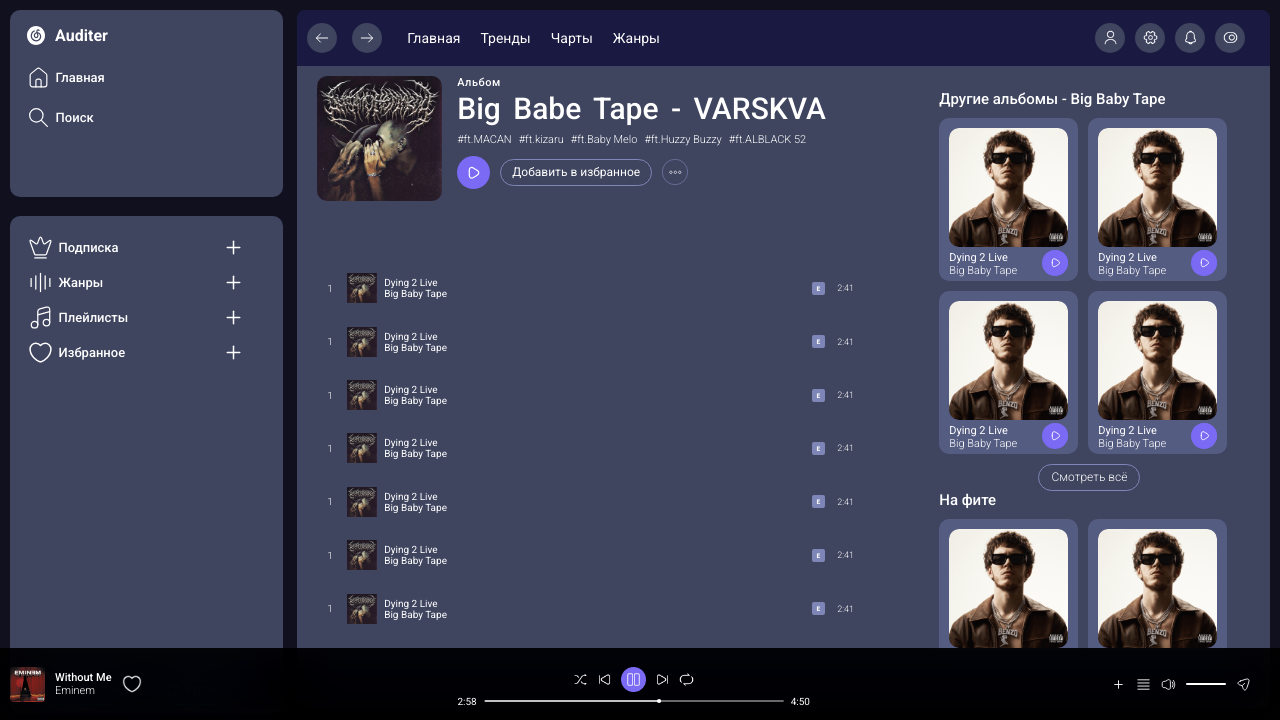
Repository: MaksimKrupkin/music_app
Page: /tracklist
These files come from the project's save history. The page is drawn as it stood at one moment and after a run of saves; the edit follows.
The browser window is 1280 px wide. The pictures show the whole page.
An inner scrolling area shows only its first screen. The project was rebuilt for these pictures with package versions that can differ from the ones it lists, and the page was loaded fresh each time. Also part of the build but not shown: vite.config.ts, src/Pages/MainPage_demo/MainPage_demo.module.scss, src/Components/MainScreenDemo/MainScreenDemo.module.scss, src/Components/MainScreenHeaderDemo/MainScreenHeaderDemo.module.scss, src/Components/MainScreenHeaderDemo/MainScreenHeaderDemo.tsx, src/Components/MainScreenDemo/Charts/Charts.module.scss, src/Components/MainScreenDemo/Charts/Charts.tsx, src/Components/Card/Card.module.scss and 11 more.

Above is the page before, as saved 2024-02-26 12:37:13.

### index.html
<!DOCTYPE html>
<html lang="en">
  <head>
    <link rel="preconnect" href="https://fonts.googleapis.com" />
    <link rel="preconnect" href="https://fonts.gstatic.com" crossorigin />
    <link
      href="https://fonts.googleapis.com/css2?family=Roboto:ital,wght@0,100;0,300;0,400;0,500;0,700;0,900;1,100;1,300;1,400;1,500;1,700;1,900&display=swap"
      rel="stylesheet" />

    <meta charset="UTF-8" />
    <link rel="icon" type="image/svg+xml" href="/vite.svg" />
    <meta name="viewport" content="width=device-width, initial-scale=1.0" />
    <title>Auditer</title>
  </head>
  <body>
    <div id="root"></div>
    <script type="module" src="/src/main.tsx"></script>
  </body>
</html>

### src/App.tsx
import React from 'react';
import './App.scss';
import MainPage_demo from './Pages/MainPage_demo/MainPage_demo';
import Login from './Pages/Login/Login';
import { BrowserRouter, Routes, Route } from 'react-router-dom';
import Registration from './Pages/Registration/Registration';
import MainPage from './Pages/MainPage/MainPage';
import TrackList from './Pages/TrackList/TrackList';

function App() {
  return (
    <BrowserRouter>
      <Routes>
        <Route path="/user" element={<MainPage_demo />} />
        <Route path="/" element={<MainPage />} />
        <Route path="/tracklist" element={<TrackList />} />
        <Route path="/login" element={<Login />} />
        <Route path="/registration" element={<Registration />} />
      </Routes>
    </BrowserRouter>
  );
}

export default App;

### src/App.scss
* {
  margin: 0;
  padding: 0;
  border: 0;
  vertical-align: baseline;
  font-family: 'Roboto', sans-serif;
}
a,
a:link,
a:visited {
  text-decoration: none;
}
input:focus,
input:active,
button:focus,
button:active {
  outline: none;
}
#root {
  overflow-y: auto;
}

### src/Pages/TrackList/TrackList.tsx
import React from 'react';
import styles from './TrackList.module.scss';
import HigherSidebar from '../../Components/HigherSidebar/HigherSidebar';
import LowerSidebar from '../../Components/LowerSidebar/LowerSidebar';
import MainScreen from '../../Components/MainScreen/MainScreen';
import Playbar from '../../Components/Playbar/Playbar';
import TrackListScreen from '../../Components/TrackListScreen/TrackListScreen';

export default function TrackList() {
  return (
    <div className={styles.app_wrapper}>
      <div className={styles.wrapper}>
        <HigherSidebar />
        <LowerSidebar />
        <TrackListScreen />
        <Playbar />
      </div>
    </div>
  );
}

### src/Components/HigherSidebar/HigherSidebar.tsx
import React from 'react';
import styles from './HigherSidebar.module.scss';
import logo from '../../assets/img/logo.svg';
import home from '../../assets/img/home.svg';
import search from '../../assets/img/Search.svg';

export default function HigherSidebar() {
  return (
    <aside className={styles.higherSidebar}>
      <div className={styles.logo_wrapper}>
        <img className={styles.logo} src={logo} alt="Лого" />
        <strong className={styles.logo_text}>Auditer</strong>
      </div>
      <a className={styles.link_wrapper}>
        <img className={styles.img} src={home} alt="" />
        <span className={styles.text}>Главная</span>
      </a>
      <a className={styles.link_wrapper}>
        <img className={styles.img} src={search} alt="" />
        <span className={styles.text}>Поиск</span>
      </a>
    </aside>
  );
}

### src/Components/LowerSidebar/LowerSidebar.tsx
import React from 'react';
import styles from './LowerSidebar.module.scss';
import subscribe from '../../assets/img/subscribe.svg';
import plus from '../../assets/img/add.svg';
import genres from '../../assets/img/genres.svg';
import cookie from '../../assets/img/cookie.svg';
import language from '../../assets/img/language.svg';
import playlists from '../../assets/img/playlists.svg';
import favorites from '../../assets/img/favorite.svg';

export default function LowerSidebar() {
  return (
    <aside className={styles.lowerSidebar}>
      <div className={styles.link_wrapper}>
        <img className={styles.img} src={subscribe} alt="" />
        <span className={styles.text}>Подписка</span>
        <div className={styles.plus_wrapper}>
          <img className={styles.plus} src={plus} alt="" />
        </div>
      </div>
      <div className={styles.link_wrapper}>
        <img className={styles.img} src={genres} alt="" />
        <span className={styles.text}>Жанры</span>
        <div className={styles.plus_wrapper}>
          <img className={styles.plus} src={plus} alt="" />
        </div>
      </div>
      <div className={styles.link_wrapper}>
        <img className={styles.img} src={playlists} alt="" />
        <span className={styles.text}>Плейлисты</span>
        <div className={styles.plus_wrapper}>
          <img className={styles.plus} src={plus} alt="" />
        </div>
      </div>
      <div className={styles.link_wrapper}>
        <img className={styles.img} src={favorites} alt="" />
        <span className={styles.text}>Избранное</span>
        <div className={styles.plus_wrapper}>
          <img className={styles.plus} src={plus} alt="" />
        </div>
      </div>
      <div className={styles.bottom_elements}>
        <div className={styles.cookies_wrapper}>
          <img className={styles.img} src={cookie} alt="" />
          <span className={styles.text}>Файлы cookie</span>
        </div>
        <div className={styles.language_wrapper}>
          <img className={styles.img} src={language} alt="" />
          <span className={styles.text}>Русский</span>
        </div>
      </div>
    </aside>
  );
}

### src/Components/Playbar/Playbar.tsx
import React from 'react';
import styles from './Playbar.module.scss';
import cover from '../../assets/img/cover.png';
import like from '../../assets/img/like.png';
import mix from '../../assets/img/mix.png';
import prev from '../../assets/img/prev.png';
import pause from '../../assets/img/pause.png';
import next from '../../assets/img/next.png';
import repeat from '../../assets/img/repeat.png';
import trackLine from '../../assets/img/trackLine.svg';
import add from '../../assets/img/add.svg';
import text from '../../assets/img/text.svg';
import volume from '../../assets/img/volume.svg';
import volumeBar from '../../assets/img/volumeBar.svg';
import send from '../../assets/img/send.svg';

export default function Playbar() {
  return (
    <div className={styles.wrapper}>
      <div className={styles.left_wrapper}>
        <img className={styles.image} src={cover} alt="" />
        <div className={styles.info}>
          <div className={styles.title}>Without Me</div>
          <div className={styles.author}>Eminem</div>
        </div>
        <img className={styles.like} src={like} alt="" />
      </div>
      <div className={styles.center_wrapper}>
        <div className={styles.top}>
          <img className={styles.image} src={mix} alt="" />
          <img className={styles.image} src={prev} alt="" />
          <img className={styles.image} src={pause} alt="" />
          <img className={styles.image} src={next} alt="" />
          <img className={styles.image} src={repeat} alt="" />
        </div>
        <div className={styles.bottom}>
          <span className={styles.time}>2:58</span>
          <img className={styles.trackLine} src={trackLine} alt="" />
          <span className={styles.time}>4:50</span>
        </div>
      </div>
      <div className={styles.right_wrapper}>
        <img className={styles.image} src={add} alt="" />
        <img className={styles.image} src={text} alt="" />
        <img className={styles.image} src={volume} alt="" />
        <img className={styles.volumeBar} src={volumeBar} alt="" />
        <img className={styles.image} src={send} alt="" />
      </div>
    </div>
  );
}

### src/Pages/TrackList/TrackList.module.scss
.app_wrapper {
  background-color: #10101e;
  height: 100vh; /* Растягиваем контейнер на всю высоту окна */
  overflow-y: auto;
}

.wrapper {
  box-sizing: border-box;
  width: 100vw;
  min-height: 100vh; /* Минимальная высота равна высоте видимой области окна браузера */
  background-color: #10101e;
  color: white;
  overflow-y: auto;
  overflow-y: auto;
}

### src/Components/HigherSidebar/HigherSidebar.module.scss
.higherSidebar {
  position: fixed;
  top: 0;
  box-sizing: border-box;
  display: flex;
  flex-direction: column;
  align-items: start;
  gap: 15px;
  width: 21.3%;
  height: 26%;
  margin: 10px;
  border-radius: 10px;
  background-color: #3f445f;
  padding-top: 16px;
  padding-left: 18.6px;
}

.logo_wrapper {
  box-sizing: border-box;
  margin-left: -2px;
  display: flex;
  flex-direction: row;
  justify-content: space-between;
  gap: 5px;
  align-items: center;
  width: 32%;
  margin-bottom: 5px;
}
.logo {
  width: 18.63px;
  height: 18.63px;
}
.logo_text {
  color: #fff;
  font-size: 16px;
  font-style: normal;
  font-weight: 600;
  line-height: normal;
}
.link_wrapper {
  margin-left: -3px;
  display: flex;
  align-items: center;
  gap: 5px;
  cursor: pointer;
  .img {
    width: 25px;
    height: 25px;
  }
  .text {
    font-size: 13px;
    font-weight: 500;
    transition: all 0.2s ease-in;
  }
  .text:hover {
    color: rgb(205, 205, 226);
  }
}

### src/Components/LowerSidebar/LowerSidebar.module.scss
.lowerSidebar {
  position: fixed;
  top: 30%;
  box-sizing: border-box;
  display: flex;
  flex-direction: column;
  align-items: space-between;
  gap: 5px;
  width: 21.3%;
  height: 69%;
  margin: 10px;
  margin-top: 0;
  border-radius: 10px;
  background-color: #3f445f;
  padding-top: 16px;
  padding-left: 20.6px;
  padding-right: 18.6px;
}
.link_wrapper {
  margin-left: -3px;
  display: flex;
  align-items: center;
  gap: 5px;
  cursor: pointer;
  .img {
    width: 25px;
    height: 25px;
  }
  .text {
    font-size: 13px;
    font-weight: 500;
    transition: all 0.2s ease-in;
    width: 155px;
    margin-left: 1px;
  }
  .text:hover {
    color: rgb(205, 205, 226);
  }
  .plus_wrapper {
    display: flex;
    align-items: center;
    justify-content: center;
    width: 30px;
    height: 30px;
    border-radius: 50%;
    transition: all 0.2s ease-in-out;
    .plus {
      margin: 0;
      padding: 0;
      width: 25px;
      height: 25px;
      border-radius: 50%;
    }
  }
  .plus_wrapper:hover {
    background-color: #484d69;
  }
}

.bottom_elements {
  position: inherit;
  bottom: 15px;
  left: 25px;
  display: flex;
  align-items: center;
  gap: 20px;
  .cookies_wrapper {
    border: 1.5px solid #7d86b6;
    border-radius: 25px;
    padding: 5px;
    width: 100px;
    height: 20px;
    display: flex;
    justify-content: center;
    gap: 5px;
    align-items: center;
    transition: all 0.2s ease-out;
    cursor: pointer;
  }
  .cookies_wrapper:hover {
    border: 1.5px solid white;
  }
  .language_wrapper {
    border: 1.5px solid #7d86b6;
    border-radius: 25px;
    padding: 5px;
    width: 70px;
    height: 20px;
    display: flex;
    gap: 5px;
    align-items: center;
    justify-content: center;
    transition: all 0.2s ease-out;
    cursor: pointer;
  }
  .language_wrapper:hover {
    border: 1.5px solid white;
  }
  .img {
    width: 15px;
  }
  .text {
    font-size: 12px;
  }
}

### src/Components/MainScreenHeader/MainScreenHeader.tsx
import React from 'react';
import styles from './MainScreenHeader.module.scss';
import leftArrow from '../../assets/img/leftArrow.svg';
import rightArrow from '../../assets/img/rightArrow.svg';
import { Link } from 'react-router-dom';
import user from '../../assets/img/user.png';
import setting from '../../assets/img/setting.png';
import notification from '../../assets/img/notification.png';
import eye from '../../assets/img/eye.png';

export default function MainScreenHeader() {
  return (
    <header className={styles.header}>
      <div className={styles.arrows}>
        <div className={styles.wrapper}>
          <img src={leftArrow} className={styles.arrow} alt="" />
        </div>
        <div className={styles.wrapper}>
          <img className={styles.arrow} src={rightArrow} alt="" />
        </div>
      </div>
      <nav className={styles.navigation}>
        <ul>
          <li>
            <a className={styles.link}>Главная</a>
          </li>
          <li>
            <a className={styles.link}>Тренды</a>
          </li>
          <li>
            <a className={styles.link}>Чарты</a>
          </li>
          <li>
            <a className={styles.link}>Жанры</a>
          </li>
        </ul>
      </nav>
      <div className={styles.buttons}>
        <Link to="" className={styles.link_wrapper}>
          <img className={styles.image} src={user} alt="" />
        </Link>
        <Link to="" className={styles.link_wrapper}>
          <img className={styles.image} src={setting} alt="" />
        </Link>
        <Link to="" className={styles.link_wrapper}>
          <img className={styles.image} src={notification} alt="" />
        </Link>
        <Link to="" className={styles.link_wrapper}>
          <img className={styles.image} src={eye} alt="" />
        </Link>
      </div>
    </header>
  );
}

### src/Components/Playbar/Playbar.module.scss
.wrapper {
  box-sizing: border-box;
  position: fixed;
  bottom: 0;
  width: 100%;
  padding-left: 10px;
  padding-right: 10px;
  height: 10%;
  background: rgba(0, 0, 0, 0.9);
  backdrop-filter: blur(20px) contrast(200%);

  display: flex;
  align-items: center;
  .left_wrapper {
    display: flex;
    align-items: center;
    width: 33%;
    gap: 10px;
    .image {
      width: 35px;
      height: 35px;

      border-radius: 1px;
    }
    .info {
      font-size: 11px;
      .title {
        font-weight: 500;
      }
      .author {
        font-weight: 300;
      }
    }
    .like {
      width: 20px;
      cursor: pointer;
    }
  }
  .center_wrapper {
    width: 33%;
    display: flex;
    flex-direction: column;
    align-items: center;
    .top {
      margin-top: 5px;
      display: flex;
      align-items: center;
      gap: 9px;
      .image {
        width: 15px;
        cursor: pointer;
      }
      .image:nth-child(3) {
        width: 25px;
      }
    }
    .bottom {
      margin-top: 4px;
      display: flex;
      align-items: center;
      gap: 7px;
      .trackLine {
        width: 300px;
        cursor: pointer;
      }
      .time {
        font-size: 10px;
      }
    }
  }
  .right_wrapper {
    box-sizing: border-box;
    width: 32.5%;
    display: flex;

    align-items: center;
    justify-content: flex-end;
    gap: 10px;
    .image {
      width: 15px;
      cursor: pointer;
    }
    .volumeBar {
      width: 40px;
      cursor: pointer;
    }
  }
}

### src/Components/TrackListScreen/TrackListScreen.module.scss
.main {
  position: relative;
  box-sizing: border-box;
  position: fixed;
  top: 0;
  right: 0;
  margin: 10px;
  background-color: #3f445f;
  width: 76%;
  height: 97%;
  border-radius: 10px;
}
.left_wrapper::-webkit-scrollbar {
  width: 0;
}
.left_wrapper {
  position: absolute;
  top: 8%;
  padding-top: 20px;
  left: 0;
  box-sizing: border-box;
  width: 65%;
  padding-left: 20px;
  padding-top: 10px;
  height: 80%; /* Назначаем фиксированную высоту */
  overflow-y: auto;
}
.top {
  position: relative;
  height: 26vh;
  .cover {
    width: 125px;
    border-radius: 10px;
    position: absolute;
    left: 0;
    top: 0;
  }
  .type {
    position: absolute;
    left: 140px;
    top: 0;
    font-size: 11px;
    font-weight: 500;
    letter-spacing: 0.5px;
  }
  .info {
    position: absolute;
    left: 140px;
    top: 15px;
    font-size: 30px;
    font-weight: 500;
    word-spacing: 5px;
  }
  .fits {
    position: absolute;
    left: 140px;
    top: 57px;
    display: flex;
    align-items: center;
    gap: 7px;
    .fit_author {
      font-size: 11px;
      font-weight: 300;
    }
  }
  .buttons {
    position: absolute;
    left: 140px;
    top: 80px;
    display: flex;
    align-items: center;
    gap: 10px;
    .play_image {
      width: 33px;
      cursor: pointer;
    }
    .toFavorite_wrapper {
      display: flex;
      align-items: center;
      justify-content: center;
      width: 150px;
      height: 25px;
      border: 1px solid #7d86b6;
      border-radius: 15px;
      cursor: pointer;
      .toFavorite {
        font-size: 12px;
        font-weight: 400;
      }
    }
    .elseImg {
      width: 26px;
      cursor: pointer;
    }
  }
}
.trackList_wrapper {
  width: 100%;
  display: flex;
  flex-direction: column;
  align-items: center;
  gap: 3px;
}
.right_wrapper::-webkit-scrollbar {
  width: 0;
}
.right_wrapper {
  height: 80%; /* Назначаем фиксированную высоту */
  overflow-y: auto;
  position: absolute;
  top: 10%;
  left: 66%;
  width: 34%;
  padding-top: 10px;

  .title {
    font-size: 15px;
    font-weight: 500;
  }
  .cards_wrapper {
    display: flex;
    flex-wrap: wrap;
    gap: 10px;
    margin-top: 10px;
  }
  .button_wrapper {
    margin-top: 10px;
    margin-left: 30%;
    width: 100px;
    height: 25px;
    border-radius: 20px;
    border: 1px solid #7d86b6;
    display: flex;
    align-items: center;
    justify-content: center;
    .button {
      font-size: 12px;
      font-weight: 300;
    }
  }
}

### src/Components/TrackListScreen/Track/Track.tsx
import React from 'react';
import styles from './Track.module.scss';
import adults from '../../../assets/img/18+.svg';
import albom from '../../../assets/img/albom4.jpg';
import play from '../../../assets/img/play2.svg';
import like from '../../../assets/img/like.svg';
import more from '../../../assets/img/more.svg';

export default function Track() {
  return (
    <div className={styles.track_wrapper}>
      <div className={styles.number}>1</div>
      <img className={styles.play} src={play} alt="" />
      <img className={styles.cover} src={albom} alt="" />
      <div className={styles.info}>
        <span className={styles.title}>Dying 2 Live</span>
        <span className={styles.author}>Big Baby Tape</span>
      </div>
      <img className={styles.like} src={like} alt="" />
      <img className={styles.forAdults_image} src={adults} alt="" />
      <span className={styles.duration}>2:41</span>
      <img src={more} className={styles.more} alt="" />
    </div>
  );
}

### src/Components/Cards/Cards.tsx
import React from 'react';
import styles from './Cards.module.scss';
import image1 from '../../assets/img/albomImage.png';
import play from '../../assets/img/play.svg';
import { Link } from 'react-router-dom';

export default function Cards() {
  return (
    <>
      <Link to="/tracklist" className={styles.card}>
        <img className={styles.image} src={image1} alt="" />
        <div className={styles.info}>
          <span className={styles.title}>Dying 2 Live</span>
          <span className={styles.author}>Big Baby Tape</span>
        </div>
        <div className={styles.play_wrapper}>
          <img src={play} className={styles.play} alt="" />
        </div>
      </Link>
    </>
  );
}

### src/Components/MainScreenHeader/MainScreenHeader.module.scss
.header {
  position: sticky;
  top: 0;
  z-index: 1000;
  box-sizing: border-box;
  width: 100%;
  height: 8%;
  border-top-right-radius: 8px;
  border-top-left-radius: 8px;
  background-color: #191941;
  display: flex;
  align-items: center;
  padding: 5px;
  padding-left: 10px;
  margin-bottom: 5px;
}
.arrows {
  width: 75px;
  display: flex;
  align-items: center;
  justify-content: space-between;
  .wrapper {
    width: 30px;
    height: 30px;
    border-radius: 50%;
    background-color: #3f445f;
    display: flex;
    justify-content: center;
    align-items: center;
    transition: all 0.2s ease-in;
  }
  .wrapper:hover {
    background-color: #4a4f6c;
  }
  .arrow {
    width: 16px;
  }
}

.navigation {
  width: 500px;
  display: flex;
  align-items: center;
  margin-left: 25px;
  ul {
    list-style-type: none;
    display: flex;
    align-items: center;
    gap: 20px;
  }
  .link {
    font-size: 14px;
    cursor: pointer;
    transition: all 0.2s ease-in;
  }
  .link:hover {
    color: rgb(224, 217, 217);
  }
}

.buttons {
  display: flex;
  align-items: center;
  gap: 10px;
  position: absolute;
  right: 25px;
  .link_wrapper {
    width: 30px;
    height: 30px;
    border-radius: 50%;
    background-color: #3f445f;
    display: flex;
    justify-content: center;
    align-items: center;
    transition: all 0.2s ease-in;
  }

  .link_wrapper:hover {
    background-color: #555a78;
  }
  .image {
    width: 15px;
  }
}

### src/Components/TrackListScreen/Track/Track.module.scss
.track_wrapper {
  position: relative;
  width: 100%;
  height: 7vh;
  box-sizing: border-box;
  border-radius: 10px;
  display: flex;
  align-items: center;
  transition: all 0.1s ease-out;
  padding: 1px;
  cursor: pointer;

  .number {
    position: absolute;
    left: 0;
    display: block;
    width: 11px;
    margin-left: 10px;
    margin-right: 10px;
    font-size: 10px;
    font-weight: 300;
  }
  .play {
    position: absolute;
    left: 0;
    display: none;
  }
  .cover {
    position: absolute;
    left: 30px;
    width: 30px;
  }
  .info {
    position: absolute;
    left: 60px;
    margin-left: 7px;
    display: flex;
    flex-direction: column;
    width: 150px;
  }
  .title {
    font-size: 10px;
  }
  .author {
    font-size: 10px;
  }
  .like {
    position: absolute;
    left: 470px;
    display: none;
    width: 14px;
  }
  .forAdults_image {
    position: absolute;
    left: 495px;
    width: 13px;
  }
  .duration {
    position: absolute;
    left: 520px;
    font-size: 9px;
    font-weight: 300;
  }
  .more {
    position: absolute;
    left: 545px;
    width: 15px;
    display: none;
  }
}

.track_wrapper:hover {
  border: 1px solid #7d86b6;
  .play {
    display: block;
    width: 11px;
    margin-right: 10px;
    margin-left: 10px;
  }
  .number {
    display: none;
  }
  .like {
    display: block;
  }
  .more {
    display: block;
  }
}

### src/Components/Cards/Cards.module.scss
.card {
  position: relative;
  box-sizing: border-box;
  width: 139px;
  padding: 10px;

  height: 163px;
  background-color: #555c82;
  border-radius: 10px;
  transition: all 0.2s ease-in-out;
  cursor: pointer;

  .image {
    width: 100%;
    border-radius: 10px;
  }
  .info {
    display: flex;
    flex-direction: column;
  }
  .title {
    font-size: 11px;
    font-weight: 400;
    color: white;
  }
  .author {
    font-size: 11px;
    font-weight: 300;
    color: white;
  }
  .play_wrapper {
    position: absolute;
    bottom: 5px;
    right: 10px;
    width: 26px;
    height: 26px;
    background-color: #7a6af4;
    border-radius: 50%;
    display: flex;
    align-items: center;
    justify-content: center;
    transition: all 0.2s ease-in-out;
  }
  .play {
    width: 25px;
  }

  &:hover {
    background-color: #636b9b;
    .play_wrapper {
      background-color: #6757dd;
    }
  }
}

Loaded but not shown: src/main.tsx (common file); src/Components/TrackListScreen/TrackListScreen.tsx (71 lines, source omitted)

After the next 2 saves:
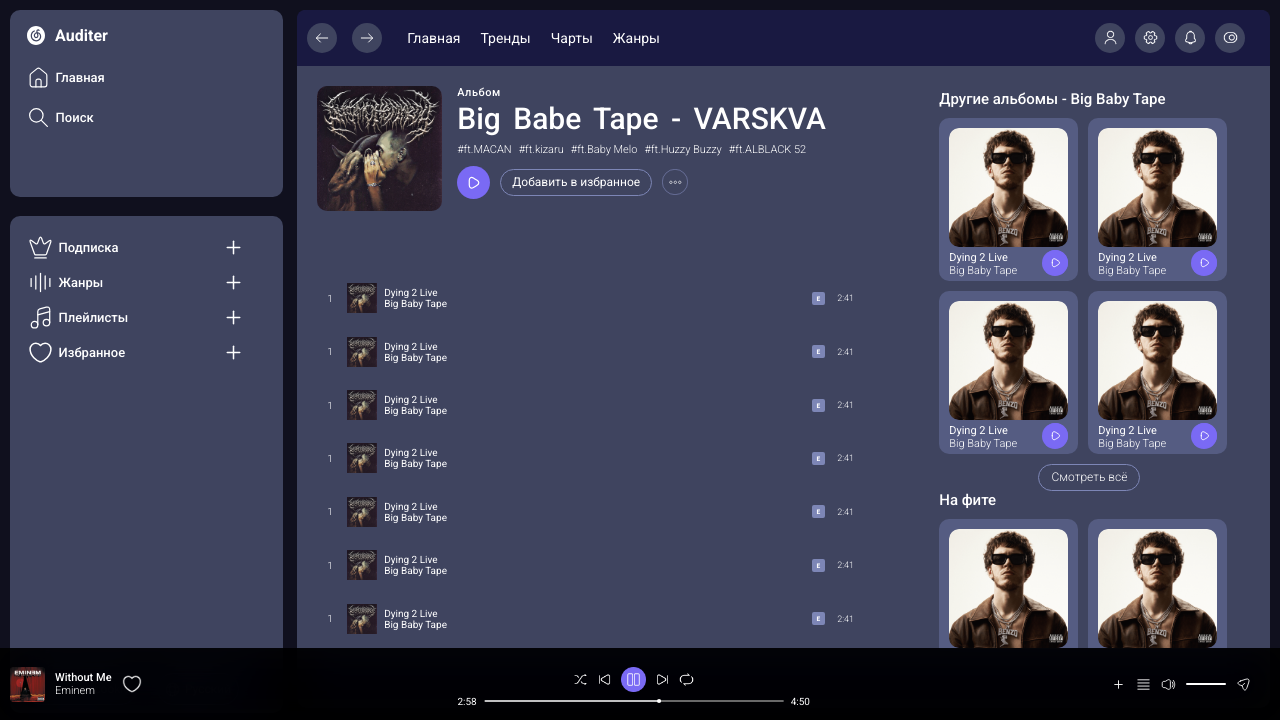
The 2 saves are shown as one change because they came seconds apart.
The last was saved 9 s later.
--- a/src/Components/TrackListScreen/TrackListScreen.module.scss
+++ b/src/Components/TrackListScreen/TrackListScreen.module.scss
@@ -16,7 +16,7 @@
 .left_wrapper {
   position: absolute;
   top: 8%;
-  padding-top: 20px;
+  margin-top: 10px;
   left: 0;
   box-sizing: border-box;
   width: 65%;
